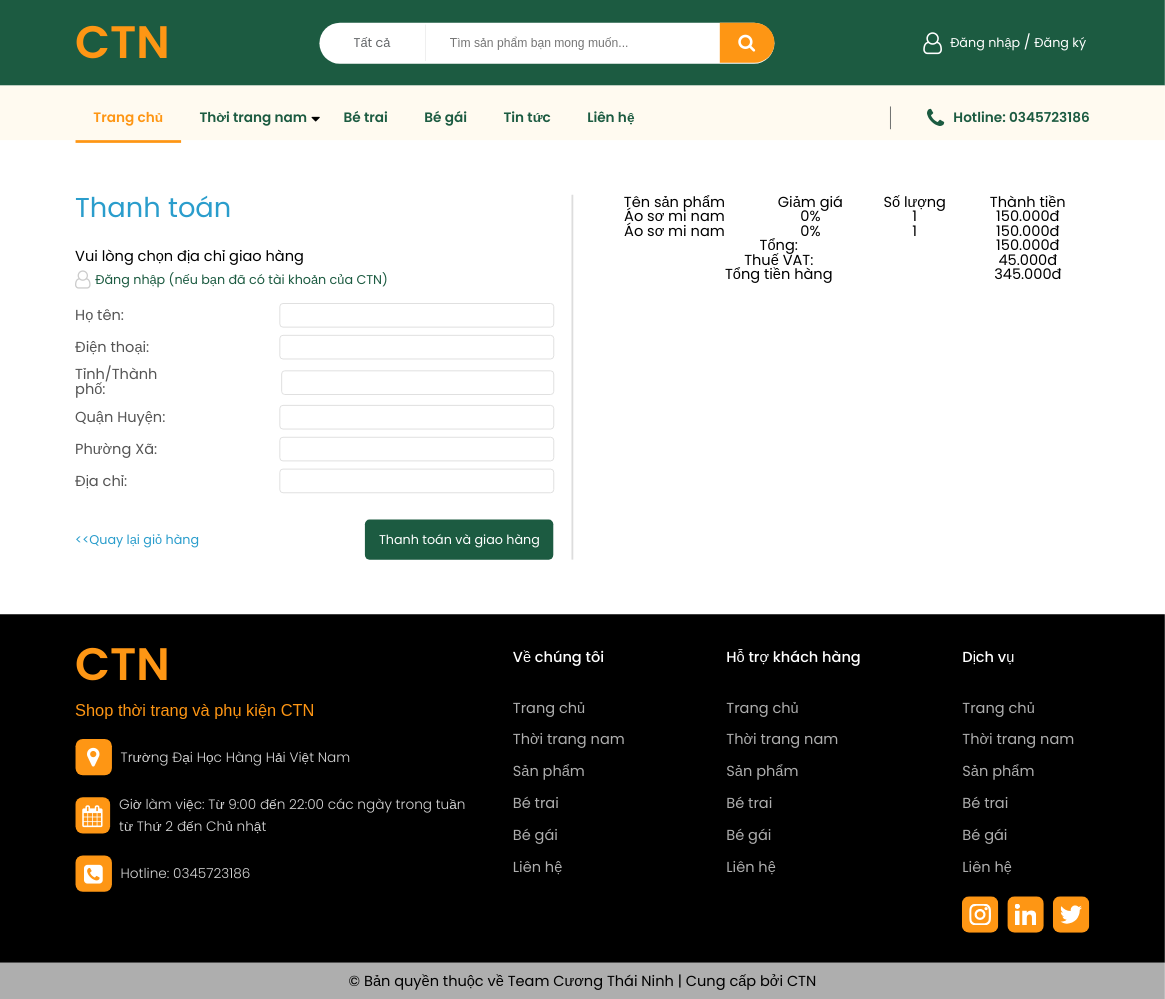
Repository: cuongchua2k2/BaiTapLon-web
Page: deliver.html
These files come from the project's save history. The page is drawn as it stood at one moment and after the next save; the edit follows.
The browser window is 1280 px wide. The pictures show the whole page, at 91% of full size.

Above is the page before, as saved 2023-12-23 14:45:38.
Console error: TypeError: Cannot read properties of null (reading 'style')

After the next save:
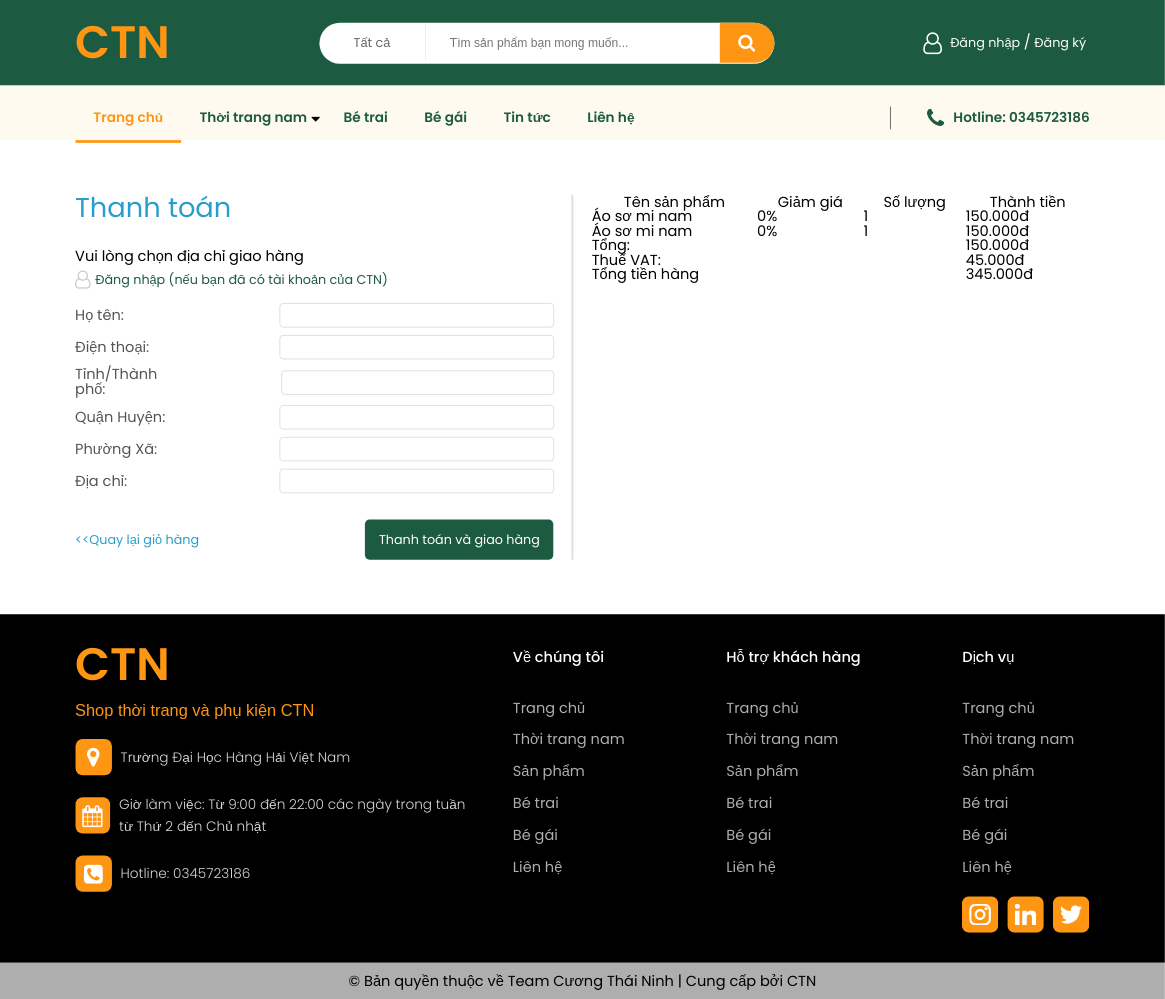
Saved 9 s later.
--- a/assets/css/style.css
+++ b/assets/css/style.css
@@ -877,5 +877,4 @@ label {
 
 .delivery__right table {
   width: 100%;
-  text-align: center;
-}
+}
